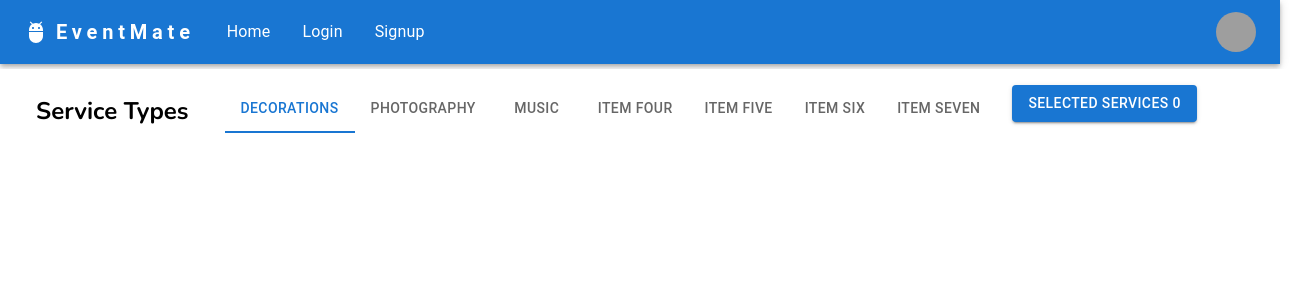
Repository: Farida-Yeasmin-Mim/EventMate_Frontend
Page: /filterpage
The author's editor kept a copy of each file at every save. The page is drawn from the files as they stood at one save, then again after the next save.
The browser window is 1280 px wide. The page is 1296 px wide, then 1288 px, so the pictures cover 1296 px, including what lies to the right of the window. The pictures show the whole page.
Pictures or frames that could not be fetched are drawn as grey boxes. The page's requests for data from a server got no answer. The project was rebuilt for these pictures with package versions that can differ from the ones it lists, and the page was loaded fresh each time. No one was signed in, and anything a server would have sent is missing. Also part of the build but not shown: src/components/PostRequest.js, src/pages/auth/Login.js, src/components/seletionTextField/selectGender.js, src/pages/auth/Signup.js, src/components/vendor/RegVendor.js, src/components/offer.js, src/components/productcategories.js, src/components/icontabs.js and 15 more.

Above is the page before, as saved 2022-08-16 17:58:02.

### public/index.html
<!DOCTYPE html>
<html lang="en">
  <head>
    <meta charset="utf-8" />
    <link rel="icon" href="%PUBLIC_URL%/favicon.ico" />
    <meta name="viewport" content="width=device-width, initial-scale=1" />
    <meta name="theme-color" content="#000000" />
    <meta
      name="description"
      content="Web site created using create-react-app"
    />
    <link rel="apple-touch-icon" href="%PUBLIC_URL%/logo192.png" />

    <link href="https://fonts.googleapis.com/css2?family=Nunito:ital,wght@0,200;0,300;0,400;0,500;0,600;0,700;0,800;0,900;1,200;1,300;1,400;1,500;1,600;1,700;1,900&family=Raleway:ital,wght@0,100;0,200;0,300;0,400;0,500;0,600;0,700;0,800;0,900;1,100;1,200;1,300;1,400;1,500;1,600;1,700;1,800;1,900&display=swap"
    rel="stylesheet">

    <style>
      * {
        font-family: 'Nunito', sans-serif;
        margin: 0;
      }
    </style>

    <link rel="manifest" href="%PUBLIC_URL%/manifest.json" />

    <title>EventMate</title>
  </head>
  <body>
    <noscript>You need to enable JavaScript to run this app.</noscript>
    <div id="root"></div>

  </body>
</html>

### src/index.js
import React from 'react';
import ReactDOM from 'react-dom/client';
import './index.css';
import App from './App';
import reportWebVitals from './reportWebVitals';
import axios from 'axios';
import Context from './components/context/Context';

axios.defaults.baseURL = 'http://127.0.0.1:8000/api/'
// axios.defaults.baseURL = 'https://guarded-beach-16980.herokuapp.com/api/'
axios.defaults.headers.common['Authorization'] = 'Bearer ' + localStorage.getItem('token')

const root = ReactDOM.createRoot(document.getElementById('root'));
root.render(
  <React.StrictMode>
    <Context>
      <App />
    </Context>
  {/* <App/> */}
  </React.StrictMode>

);

// If you want to start measuring performance in your app, pass a function
// to log results (for example: reportWebVitals(console.log))
// or send to an analytics endpoint. Learn more: https://bit.ly/CRA-vitals
reportWebVitals();

### src/App.js
//import logo from './logo.svg';
import './App.css';
import Login from './pages/auth/Login';
import Signup from './pages/auth/Signup';
import Registration from './components/vendor/RegVendor';
import Offer from './components/Offer';
import ProductCategories from './components/productcategories';
import IconTabs from './components/icontabs';
//import DecorationCard from './components/cards/decoration';
import Services from './components/services';
import AddDecorationsForm from './pages/services/addDecorationsForm';
//import Home from './pages/Home';
import Navbar from './components/Navbar';
import Feed from './components/feed/Feed';
import Dashboard from './components/vendor/Dashboard';
import CreateEvent from './components/event/CreateEvent';
import OrderDetails from './components/event/OrderDetails';
import AppRouter from './components/AppRouter';
import FilterPage from './components/event/filter/FilterPage';
import Notification from './components/Notification';
import SearchBar from './components/event/filter/SearchBar';




function App() {
  return (
    <div className="App">
      {/*



      <Services></Services>
      <Offer></Offer>

      <Login></Login>
      <Signup></Signup>
      <Registration></Registration>
      <AddDecorationsForm></AddDecorationsForm> */}



    {/* <DecorationCard></DecorationCard>  */}
    {/* <ProductCategories></ProductCategories> */}
    {/* <Navbar/>   */}
    {/* <Home/> */}
    {/* <Feed/> */}
    {/* <Dashboard/> */}
    {/* <CreateEvent/> */}
    {/* <OrderDetails/> */}
    {/* <Home/> */}
    {/* <SearchBar/> */}

      {/* <AppRouter /> */}
      {/* */}
      {/* <IconTabs/> */}

      <Notification/>
      <AppRouter/>
      {/* <Home/>  */}
     {/* <FilterPage/> */}

    </div>
  );
}

export default App;

### src/components/context/Context.js
import React, { createContext, useContext, useReducer  } from 'react';
import { faker } from '@faker-js/faker';
import { cartReducer } from './Reducers';
import { dataList } from '../event/filter/constants';

const Cart = createContext();

function Context({children}) {
    // const products = [...Array(20)].map(() => ({
    //     id: faker.datatype.uuid(),
    //     name: faker.commerce.productName(),
    //     price: faker.commerce.price(),
    //     image: faker.image.fashion(),
    //     inStock: faker.helpers.arrayElement([0, 3, 5, 6, 7]),
    //     fastDelivery: faker.datatype.boolean(),
    //     ratings: faker.helpers.arrayElement([1, 2, 3, 4, 5]),
    //   }));
    const products = [...dataList];

      // console.log(products);
      const [state, dispatch] = useReducer(cartReducer, {
        products: products,
        cart: [],
      });


      return (
        <Cart.Provider value={{ state, dispatch }}>
          {children}
        </Cart.Provider>
      );
};

export const CartState = () => {
  return useContext(Cart);
};

export default Context;

### src/App.css
@import url('https://fonts.googleapis.com/css2?family=Raleway:ital,wght@0,100;0,200;0,300;0,400;0,500;0,600;0,700;0,800;0,900;1,100;1,200;1,300;1,400;1,500;1,600;1,700;1,800;1,900&display=swap');


*,
*::after,
*::before{
  margin: 0;
}

body{
  font-family: 'Raleway', sans-serif;
}

input{
  font-family: 'Raleway', sans-serif;
}

/* Chrome Safari and Opera */
/* scrollbar handle */
::-webkit-scrollbar{
  display: none;
}

body{
  -ms-overflow-style: none;   /*work on internet explorer and Edge*/
  scrollbar-width: none;      /*work on Firefox*/
}


.App-logo {
  height: 40vmin;
  pointer-events: none;
}

@media (prefers-reduced-motion: no-preference) {
  .App-logo {
    animation: App-logo-spin infinite 20s linear;
  }
}

.App-header {
  background-color: #282c34;
  min-height: 100vh;
  display: flex;
  flex-direction: column;
  align-items: center;
  justify-content: center;
  font-size: calc(10px + 2vmin);
  color: white;
}

.App-link {
  color: #61dafb;
}

@keyframes App-logo-spin {
  from {
    transform: rotate(0deg);
  }
  to {
    transform: rotate(360deg);
  }
}

### src/components/Navbar.js
import * as React from 'react';
import AppBar from '@mui/material/AppBar';
import Box from '@mui/material/Box';
import Toolbar from '@mui/material/Toolbar';
import IconButton from '@mui/material/IconButton';
import Typography from '@mui/material/Typography';
import Menu from '@mui/material/Menu';
import MenuIcon from '@mui/icons-material/Menu';
import Container from '@mui/material/Container';
import Avatar from '@mui/material/Avatar';
import Button from '@mui/material/Button';
import Tooltip from '@mui/material/Tooltip';
import MenuItem from '@mui/material/MenuItem';
import AdbIcon from '@mui/icons-material/Adb';
import { Link } from "react-router-dom";


// const pages = ['Home', 'About', 'Services', 'Contact Us', 'LogIn', 'SignUp'];
const settings = ['Profile', 'Account', 'Dashboard', 'Logout'];

const Navbar = () => {
  const [anchorElNav, setAnchorElNav] = React.useState(null);
  const [anchorElUser, setAnchorElUser] = React.useState(null);

  const handleOpenNavMenu = (event) => {
    setAnchorElNav(event.currentTarget);
  };
  const handleOpenUserMenu = (event) => {
    setAnchorElUser(event.currentTarget);
  };

  const handleCloseNavMenu = () => {
    setAnchorElNav(null);
  };

  const handleCloseUserMenu = () => {
    setAnchorElUser(null);
  };

  return (
    <AppBar position="static">
      <Container maxWidth="xl">
        <Toolbar disableGutters>
          <AdbIcon sx={{ display: { xs: 'none', md: 'flex' }, mr: 1 }} />


          {/* For Left side EventMate design */}
          <Typography
            variant="h6"
            noWrap
            component="a"
            href="/"
            sx={{
              mr: 2,
              display: { xs: 'none', md: 'flex' },
              fontWeight: 700,
              letterSpacing: '.3rem',
              color: 'inherit',
              textDecoration: 'none',
            }}
          >
            EventMate
          </Typography>

          <Box sx={{ flexGrow: 1, display: { xs: 'flex', md: 'none' } }}>
            <IconButton
              size="large"
              aria-label="account of current user"
              aria-controls="menu-appbar"
              aria-haspopup="true"
              onClick={handleOpenNavMenu}
              color='inherit'
            >
              <MenuIcon />
            </IconButton>


            <Menu
              id="menu-appbar"
              anchorEl={anchorElNav}
              anchorOrigin={{
                vertical: 'bottom',
                horizontal: 'left',
              }}
              keepMounted
              transformOrigin={{
                vertical: 'top',
                horizontal: 'left',
              }}
              open={Boolean(anchorElNav)}
              onClose={handleCloseNavMenu}
              sx={{
                display: { xs: 'block', md: 'none' },
              }}
            >

              {/* pages function for left bar */}
              {/* {pages.map((page) => (
                <MenuItem key={page} onClick={handleCloseNavMenu}>
                  <Typography textAlign="center">{page}</Typography>

                </MenuItem>
              ))} */}
              {/* <MenuItem><Link to="/">Home</Link></MenuItem>
              <MenuItem><Link to="/login">Login</Link></MenuItem>
              <MenuItem><Link to="/signup">Signup</Link></MenuItem> */}

            </Menu>
          </Box>


          {/* <AdbIcon sx={{ display: { xs: 'flex', md: 'none' }, mr: 1 }} />
          <Typography
            variant="h5"
            noWrap
            component="a"
            href=""
            sx={{
              mr: 2,
              display: { xs: 'flex', md: 'none' },
              flexGrow: 1,
              fontFamily: 'monospace',
              fontWeight: 700,
              letterSpacing: '.3rem',
              color: 'white',
              textDecoration: 'none',
            }}
          >
            EventMate
          </Typography> */}




           {/* left side pages button design */}
          {/* <Box sx={{ flexGrow: 1, display: { xs: 'none', md: 'flex' } }}>
            {pages.map((page) => (
              <Button
                key={page}
                onClick={handleCloseNavMenu}
                sx={{ my: 2, color: 'white', display: 'block' }}
              >
                {page}
              </Button>
            ))}
          </Box> */}
          {/* <Box sx={{ flexGrow: 1, display: { xs: 'none', md: 'flex' } }}>
              <Button
                key={page}
                onClick={handleCloseNavMenu}
                sx={{ my: 2, color: 'white', display: 'block' }}
              >


              </Button>
          </Box> */}

          <Box sx={{ flexGrow: 1, display: { xs: 'none', md: 'flex' } }}>
              <Link to="/" style={{ textDecoration: 'none', color: 'white', display: 'block', my: 2 }} ><MenuItem> Home</MenuItem></Link>
              <Link to="/login" style={{ textDecoration: 'none', color: 'white', display: 'block', my: 2 }}><MenuItem>Login</MenuItem></Link>
              <Link to="/signup" style={{ textDecoration: 'none', color: 'white', display: 'block', my: 2 }}><MenuItem>Signup</MenuItem></Link>
          </Box>



           {/* right side iconbar design*/}
          <Box sx={{ flexGrow: 0 }}>
            <Tooltip title="Open settings">
              <IconButton onClick={handleOpenUserMenu} sx={{ p: 0 }}>
                <Avatar alt="Remy Sharp" src="https://avatars.githubusercontent.com/u/76836136?s=400&u=6b029a033204aea30687591bedb424dcbfbea46a&v=4" />
              </IconButton>
            </Tooltip>


            <Menu
              sx={{ mt: '45px' }}
              id="menu-appbar"
              anchorEl={anchorElUser}
              anchorOrigin={{
                vertical: 'top',
                horizontal: 'right',
              }}
              keepMounted
              transformOrigin={{
                vertical: 'top',
                horizontal: 'right',
              }}
              open={Boolean(anchorElUser)}
              onClose={handleCloseUserMenu}
            >

              {/* settings function for right iconbar */}
              {/* {settings.map((setting) => (
                <MenuItem key={setting} onClick={handleCloseUserMenu}>
                  <Typography textAlign="center">{setting}</Typography>
                </MenuItem>
              ))} */}
              <Link to="/logout" style={{ textDecoration: 'none', color: 'gray', display: 'block', my: 2 }}><MenuItem><Typography textAlign="center">Logout</Typography></MenuItem></Link>

            </Menu>
          </Box>


        </Toolbar>
      </Container>
    </AppBar>
  );
};
export default Navbar;

### src/components/AppRouter.js
import React from 'react';
import { BrowserRouter as Router, Routes, Route } from "react-router-dom";
import Login from '../pages/auth/Login';
import Logout from '../pages/auth/Logout';
import Signup from '../pages/auth/Signup';
import Home from '../pages/Home';
import CreateEvent from './event/CreateEvent';
import OrderDetails from './event/OrderDetails';
import SelectServices from './event/SelectServices';
import Feed from './feed/Feed';
import Navbar from './Navbar';
import Dashboard from './vendor/Dashboard';
import Vendor_reg from './vendor/RegVendor';
import Offer from './Offer';
import ProductCategories from './productcategories';
import AddDecorationsForm from '../pages/services/addDecorationsForm';
import FilterPage from './event/filter/FilterPage';



function AppRouter(props) {
    return (
        <Router>

            <Navbar />
            <Routes>
                <Route path="/" exact element={<Home/>} />
                <Route path="/login" element={<Login/>} />
                <Route path="/logout" element={<Logout/>} />
                <Route path="/signup" element={<Signup/>} />
                <Route path="/feed" element={<Feed/>} />
                <Route path="/vendor_reg" element={<Vendor_reg/>} />
                <Route path="/vendor_dashboard" element={<Dashboard/>} />
                <Route path="/event_create" element={<CreateEvent/>} />
                <Route path="/productcategories" element={<ProductCategories/>} />
                <Route path="/select_services" element={<SelectServices/>} />
                <Route path="/Order_details" element={<OrderDetails/>} />
                <Route path="/Offer" element={<Offer/>} />
                <Route path="/addDecorationsForm" element={<AddDecorationsForm/>} />
                <Route path="/filterpage" element={<FilterPage/>} />

                {/* path="file name" element="file function" */}


            </Routes>

      </Router>
    );
}

export default AppRouter;

### src/components/event/filter/FilterPage.js
// import * as React from 'react';
// import Box from '@mui/material/Box';
// import Tab from '@mui/material/Tab';
// import TabContext from '@mui/lab/TabContext';
// import TabList from '@mui/lab/TabList';
// import TabPanel from '@mui/lab/TabPanel';

// export default function LabTabs() {
//     const [value, setValue] = React.useState('1');

//     const handleChange = (event, newValue) => {
//         setValue(newValue);
//     };

//     return (
//         <Box sx={{ width: '100%', typography: 'body1' }}>
//             <TabContext value={value}>
//                 <Box sx={{ borderBottom: 1, borderColor: 'divider' }}>
//                     <TabList onChange={handleChange} aria-label="lab API tabs example">
//                         <Tab label="Item One" value="1" />
//                         <Tab label="Item Two" value="2" />
//                         <Tab label="Item Three" value="3" />
//                     </TabList>
//                 </Box>
//                 <TabPanel value="1">Item One</TabPanel>
//                 <TabPanel value="2">Item Two</TabPanel>
//                 <TabPanel value="3">Item Three</TabPanel>
//             </TabContext>
//         </Box>
//     );
// }
import * as React from 'react';
import Tabs from '@mui/material/Tabs';
import Tab from '@mui/material/Tab';
import Box from '@mui/material/Box';
import { Grid } from '@mui/material';
import CartSide from './CartSide';

export default function ScrollableTabsButtonAuto() {
    const [value, setValue] = React.useState(0);

    const handleChange = (event, newValue) => {
        setValue(newValue);
    };

    return (
        <Grid container spacing={2} style={{ background: '#fff', margin: '5px 0' }}>
            <Grid item>
                <h2 style={{ color: "#000", textAlign: "center", padding: "10px 20px", background: '#fff' }}>Service Types</h2>

            </Grid>
            <Grid item>

                <Box sx={{ maxWidth: { xs: 320, sm: 780 }, bgcolor: 'background.paper' }}>
                    <Tabs
                        value={value}
                        onChange={handleChange}
                        variant="scrollable"
                        scrollButtons="auto"
                        aria-label="scrollable auto tabs example"
                    >
                        <Tab label="Decorations" />
                        <Tab label="Photography" />
                        <Tab label="Music" />
                        <Tab label="Item Four" />
                        <Tab label="Item Five" />
                        <Tab label="Item Six" />
                        <Tab label="Item Seven" />
                    </Tabs>
                </Box>
            </Grid>
            <Grid item>
                <CartSide />
            </Grid>

        </Grid>

    );
}

### src/components/Notification.js
import React from 'react';
import Pusher from "pusher-js"
import Echo from 'laravel-echo';

function Notification(props) {

    const options = {
        broadcaster: 'pusher',
        // key: config.pusher.key,
        key: "5b9c0add29710ce63a0d",
        cluster: "ap2",
        forceTLS: "false",
        //authEndpoint is your apiUrl + /broadcasting/auth
        authEndpoint: "http://127.0.0.1:8000/broadcasting/auth",
        // As I'm using JWT tokens, I need to manually set up the headers.
        auth: {
          headers: {
            Authorization: 'Bearer ' + localStorage.getItem('token'),
            Accept: 'application/json',
          },
        },
      };
    const userId = 2;
    const echo = new Echo(options);
    echo.private(`App.User.${userId}`).notification((data) => {
        console.log(data.comment.body);
        window.alert(data.comment.body);
    });
    return (
        <div>

        </div>
    );
}

export default Notification;

### src/components/context/Reducers.js
export const cartReducer = (state, action) => {

    switch (action.type) {
      case "ADD_TO_CART":
        return { ...state, cart: [...state.cart, { ...action.payload, qty: 1 }] };
      case "REMOVE_FROM_CART":
        return {
          ...state,
          cart: state.cart.filter((c) => c.id !== action.payload.id),
        };
      // case "CHANGE_CART_QTY":
      //   return {
      //     ...state,
      //     cart: state.cart.filter((c) =>
      //       c.id === action.payload.id ? (c.qty = action.payload.qty) : c.qty
      //     ),
      //   };
      default:
        return state;
    }
  };

### src/components/event/filter/constants.js
import nacho from "./images/dishes/nacho-burger.jpg";


// For Category List
export const categoryList = [
    {
      id: 1,
      value: 'decoration',
      label: '💫 Decoration',
    },

    {
      id: 2,
      value: 'catering',
      label: '🍕 Catering',
    },
  ];

  // For Rating List
  export const ratingList = [
    {
      id: 1,
      value: '1',
      label: '1🌟',
    },
    {
      id: 2,
      value: '2',
      label: '2🌟',
    },
    {
      id: 3,
      value: '3',
      label: '3🌟',
    },
    {
      id: 4,
      value: '4',
      label: '4🌟',
    },
    {
      id: 5,
      value: '5',
      label: '5🌟',
    },
  ];


  // For side List
  export const dataList = [

    /*For Decoration*/
    {
      id: 1,
      title: 'Wedding Decoration 1',
      serviceTime: '7 days',
      deliveryFee: 3.44,
      category: 'decoration',
      decoration: 'Wedding',
      rating: 5,
      price: 2500,
      coverSrc: nacho,
    },
    {
      id: 2,
      title: 'Birthday Decoration 1',
      serviceTime: '15-20min',
      deliveryFee: 4.94,
      category: 'decoration',
      decoration: 'Birthday',
      rating: 4,
      price: 1000,
      coverSrc: 'https://m.media-amazon.com/images/I/81nU6clDgEL.jpg',
    },
    {
      id: 3,
      title: 'chow',
      serviceTime: '30-22min',
      deliveryFee: 4.94,
      category: 'decoration',
      decoration: 'Proposal',
      rating: 3,
      price: 2000,
      coverSrc: 'https://img.freepik.com/free-vector/night-ocean-landscape-full-moon-stars-shine_107791-7397.jpg?w=2000',
    },
    {
      id: 4,
      title: 'wharf seafood',
      serviceTime: '10-18min',
      deliveryFee: 2.14,
      category: 'decoration',
      decoration: 'Wedding',
      rating: 1,
      price: 1800,
      coverSrc: '/images/places/sea.jpg',
    },
    {
      id: 5,
      title: 'Tossin',
      serviceTime: '25-30min',
      deliveryFee: 6.79,
      category: 'decoration',
      decoration: 'Proposal',
      rating: 5,
      price: 2000,
      coverSrc: '/images/places/italiian.jpg',
    },
    {
      id: 6,
      title: 'stories noodles',
      serviceTime: '5-15min',
      deliveryFee: 2.87,
      category: 'decoration',
      decoration: 'Birthday',
      rating: 5,
      price: 3500,
      coverSrc: '/images/places/fookyew2.jpg',
    },

    /*For Catering*/
    {
      id: 7,
      title: 'Nacho cheeseburger',
      serviceTime: '50-65min',
      deliveryFee: 8.5,
      category: 'catering',
      decoration: 'american',
      rating: 2,
      price: 2200,
      coverSrc: '../filter/images/dishes/nacho-burger.jpg',
      // /images/dishes/nacho-burger.jpg
    },
    {
      id: 8,
      title: 'Mushroom Risotto',
      serviceTime: '10-15min',
      deliveryFee: 1.8,
      category: 'catering',
      decoration: 'italian',
      rating: 1,
      price: 1900,
      coverSrc: '/images/dishes/Mushroom-Risotto-Recipe-1-1200.jpg',
    },
    {
      id: 9,
      title: 'Shitake Fried Rice',
      serviceTime: '12-18min',
      deliveryFee: 3.33,
      category: 'catering',
      decoration: 'chinese',
      rating: 4,
      price: 2750,
      coverSrc: '/images/dishes/shiitake-salmon-fried-rice-0218-103230720.jpg',
    },
    {
      id: 10,
      title: 'Pesto chicken stew',
      serviceTime: '30-38min',
      deliveryFee: 1.9,
      category: 'catering',
      decoration: 'american',
      rating: 2,
      price: 4350,
      coverSrc: '/images/dishes/pesto-chicken.jpg',
    },
    {
      id: 11,
      title: 'Bruschetta',
      serviceTime: '16-20min',
      deliveryFee: 4.1,
      category: 'catering',
      decoration: 'italian',
      rating: 3,
      price: 3300,
      coverSrc: '/images/dishes/as-tomato-bruschetta-articleLarge.jpg',
    },
    {
      id: 12,
      title: 'Dim Sums',
      serviceTime: '24-30min',
      deliveryFee: 1.5,
      category: 'catering',
      decoration: 'chinese',
      rating: 2,
      price: 4100,
      coverSrc: '/images/dishes/dimsums.jpg',
    },
  ];

### src/components/event/filter/CartSide.js
import * as React from 'react';
import Box from '@mui/material/Box';
import Drawer from '@mui/material/Drawer';
import Button from '@mui/material/Button';
import List from '@mui/material/List';
import Divider from '@mui/material/Divider';
import ListItem from '@mui/material/ListItem';
import ListItemButton from '@mui/material/ListItemButton';
import ListItemIcon from '@mui/material/ListItemIcon';
import ListItemText from '@mui/material/ListItemText';
import InboxIcon from '@mui/icons-material/MoveToInbox';
import MailIcon from '@mui/icons-material/Mail';
import { CartState } from '../../context/Context';

export default function TemporaryDrawer() {
  const [state, setState] = React.useState({
    top: false,
    left: false,
    bottom: false,
    right: false,
  });
  const {state: {products, cart}} = CartState();


  const toggleDrawer = (anchor, open) => (event) => {
    if (event.type === 'keydown' && (event.key === 'Tab' || event.key === 'Shift')) {
      return;
    }

    setState({ ...state, [anchor]: open });
  };

  const list = (anchor) => (
    <Box
      sx={{ width: anchor === 'top' || anchor === 'bottom' ? 'auto' : 250 }}
      role="presentation"
      onClick={toggleDrawer(anchor, false)}
      onKeyDown={toggleDrawer(anchor, false)}
    >
      <List>
        {cart.map((product, index) => (
          <ListItem key={product.id} disablePadding>
            <ListItemButton>

              <ListItemText primary={product.title} />
            </ListItemButton>
          </ListItem>
        ))}
        {/* {['Inbox', 'Starred', 'Send email', 'Drafts'].map((text, index) => (
          <ListItem key={text} disablePadding>
            <ListItemButton>
              <ListItemIcon>
                {index % 2 === 0 ? <InboxIcon /> : <MailIcon />}
              </ListItemIcon>
              <ListItemText primary={text} />
            </ListItemButton>
          </ListItem>
        ))} */}
      </List>
      <Divider />
      <List>
        {['All mail', 'Trash', 'Spam'].map((text, index) => (
          <ListItem key={text} disablePadding>
            <ListItemButton>
              <ListItemIcon>
                {index % 2 === 0 ? <InboxIcon /> : <MailIcon />}
              </ListItemIcon>
              <ListItemText primary={text} />
            </ListItemButton>
          </ListItem>
        ))}
      </List>
    </Box>
  );

  return (
    <div>
      {['right'].map((anchor) => (
        <React.Fragment key={anchor}>
          {/* <Button onClick={toggleDrawer(anchor, true)}>{anchor} {cart.length}</Button> */}
          <Button
            variant='contained'
            color='primary'
            onClick={toggleDrawer(anchor, true)}>Selected Services {cart.length}</Button>
          <Drawer
            anchor={anchor}
            open={state[anchor]}
            onClose={toggleDrawer(anchor, false)}
          >
            {list(anchor)}
          </Drawer>
        </React.Fragment>
      ))}
    </div>
  );
}

Loaded but not shown: src/index.css (common file); src/reportWebVitals.js (common file)

After the next save:
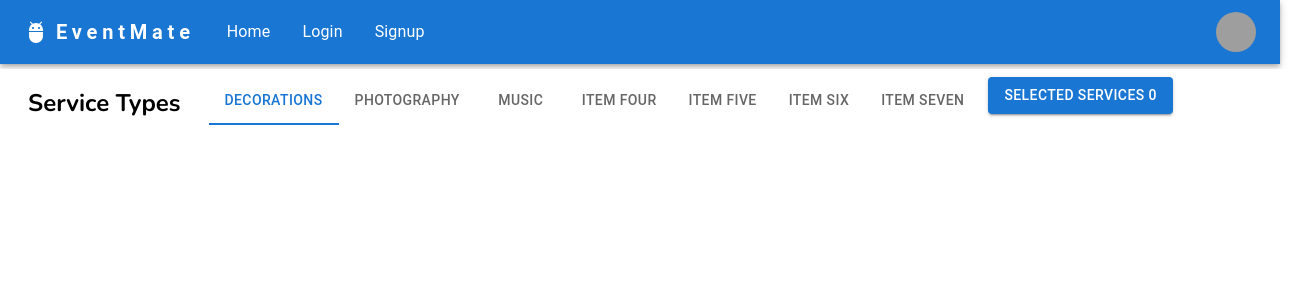
Saved 2 min 55 s later.
--- a/src/components/event/filter/FilterPage.js
+++ b/src/components/event/filter/FilterPage.js
@@ -44,12 +44,12 @@ export default function ScrollableTabsButtonAuto() {
     };
 
     return (
-        <Grid container spacing={2} style={{ background: '#fff', margin: '5px 0' }}>
-            <Grid item>
+        <Grid container spacing={1} style={{ background: '#fff', margin: '5px 0' }}>
+            <Grid item spacing={2}>
                 <h2 style={{ color: "#000", textAlign: "center", padding: "10px 20px", background: '#fff' }}>Service Types</h2>
 
             </Grid>
-            <Grid item>
+            <Grid item spacing={8}>
 
                 <Box sx={{ maxWidth: { xs: 320, sm: 780 }, bgcolor: 'background.paper' }}>
                     <Tabs
@@ -69,7 +69,7 @@ export default function ScrollableTabsButtonAuto() {
                     </Tabs>
                 </Box>
             </Grid>
-            <Grid item>
+            <Grid item spacing={2}>
                 <CartSide />
             </Grid>
 
